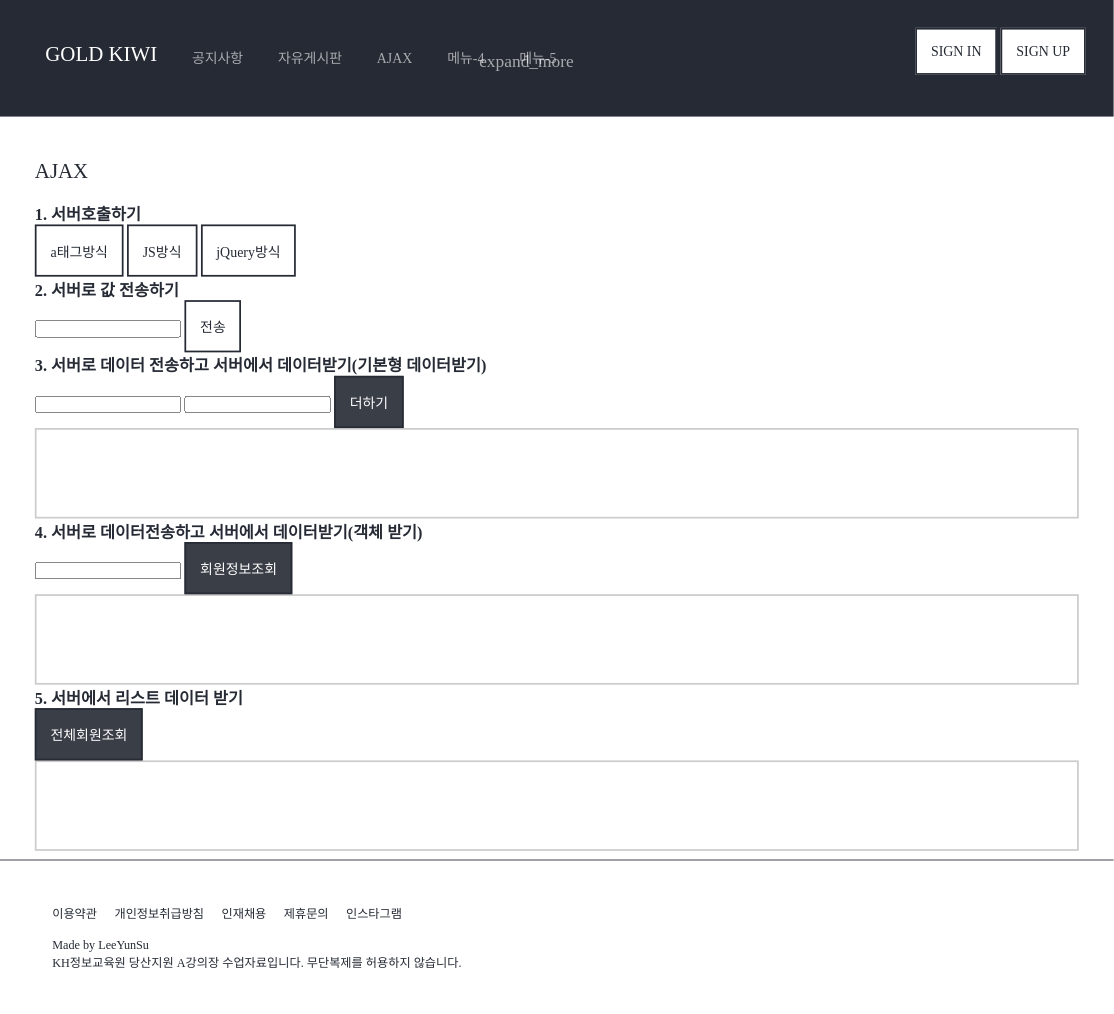
Repository: RiboKim/web-workspace
Page: http://localhost/07_mvc2WebProject/ajax.do
The author's editor kept a copy of each file at every save. The page is drawn from the files as they stood at one save, then again after the next save.
The browser window is 1280 px wide. The pictures show the whole page, at 87% of full size.
Some web fonts or font styles are not loaded; a fallback is used. The page is served by Tomcat 9. Other server files are loaded and not shown.

Above is the page before, as saved 2023-02-21 04:51:57.

### 07_mvc2WebProject/src/main/webapp/WEB-INF/views/etc/ajax.jsp
<%@ page language="java" contentType="text/html; charset=UTF-8"
    pageEncoding="UTF-8"%>
<!DOCTYPE html>
<html>
<head>
<meta charset="UTF-8">
<title>Insert title here</title>
<style>
	.ajaxResult{
		min-height: 100px;
		border : 2px solid #ccc;
	}
</style>
</head>
<body>
	<%@include file="/WEB-INF/views/common/header.jsp" %>
	<div class="page-content">
		<div class="page-title">AJAX</div>
		<h3>1. 서버호출하기</h3>
		<a class="btn bc11" href="/ajaxTest1.do">a태그방식</a>
		<button class="btn bc11" id="js">JS방식</button>
		<button class="btn bc11" id="jQ1">jQuery방식</button>

		<h3>2. 서버로 값 전송하기</h3>
		<input type="text">
		<button class="btn bc11" id="jQ2">전송</button>

		<h3>3. 서버로 데이터 전송하고 서버에서 데이터받기(기본형 데이터받기)</h3>
		<input type="text" id="su1">
		<input type="text" id="su2">
		<button class="btn bc1" id="jQ3">더하기</button>
		<p class="ajaxResult" id="result3"></p>

		<h3>4. 서버로 데이터전송하고 서버에서 데이터받기(객체 받기)</h3>
		<input type="text" id="input4">
		<button class="btn bc1" id="jQ4">회원정보조회</button>
		<p class="ajaxResult" id="result4"></p>

		<h3>5. 서버에서 리스트 데이터 받기</h3>
		<button class="btn bc1" id="jQ5">전체회원조회</button>
		<p class="ajaxResult" id="result5"></p>
	</div>
	<script>
		$("#js").on("click",function(){
			//javascript로 ajax를 이용한 서버호출방식
			//1.XMLHttpRequest객체 생성
			const xhttp = new XMLHttpRequest();
			//2.요청 정보 설정
			//method, url, 비동기여부
			xhttp.open("GET","/ajaxTest1.do",true);
			//3.서버 요청 처리에 따른 동작함수 지정
			xhttp.onreadystatechange = function(){
				if(this.readyState == 4 && this.status == 200){
					//요청이 모두 끝나고 && 정상적인 응답이 돌아온 경우
					console.log("서버 요청 성공!!");
				}else if(this.readyState == 4 && this.status == 404){
					//요청이 모두 끝나고 && 해당 페이지를 찾을 수 없는 경우
					console.log("주소를 찾을 수 없습니다.");
				}
			}
			//4.서버에 요청
			xhttp.send();
		});

		$("#jQ1").on("click",function(){
			$.ajax({
				url : "/ajaxTest1.do",
				type : "GET",
				success : function(){
					console.log("서버 호출 완료!!!!");
				},
				error : function(){
					console.log("에러발생");
				},
				complete : function(){
					console.log("무조건 호출");
				}
			});
		});

		$("#jQ2").on("click",function(){
			const input = $(this).prev();
			const inputValue = input.val();
			$.ajax({
				url : "/ajaxTest2.do",
				type : "get",
				data : {input1 : inputValue}, //input1이 key값이라고 생각하면 됨, 여러개 보내는것도 가능
				success : function(){
					console.log("서버로 데이터 전송 완료");
				},
				error : function(){
					console.log("에러발생");
				}
			});
		});
		$("#jQ3").on("click",function(){
			//input에 입력된 값 2개 가져다가
			// /ajaxTest3.do에 전송후 출력
			const su1 = $("#su1").val();
			const su2 = $(this).prev().val();
			$.ajax({
				url : "ajaxTest3.do",
				type : "post",
				data : {num1 : su1, num2 : su2},
				success : function(data){
					console.log(data, typeof data);
					$("#result3").text(su1+"+"+su2+"="+data);
					console.log("서버요청성공");

				},
				error : function(){
					console.log("서버요청 실패")
				}
			});
		});
		$("#jQ4").on("click",function(){
			const memberId = $("#input4").val();
			const result = $("#result4");
			result.empty();//데이터가 쌓이는걸 막는거 없는 아이디를 쳐도 데이터는 쌓이니까
			$.ajax({
				url : "/ajaxTest4.do",
				type : "get",
				data : {memberId : memberId},
				dataType : "JSON", //Servlet에 안 쓸거면 여기에 쓰면 됨
				success : function(data){
					if(data == null){
						result.append("회원 정보를 조회할 수 없습니다.");
					}else{
						result.append("아이디 : "+data.memberId+"<br>");
						result.append("이름 : "+data.memberName+"<br>");
						result.append("전화번호 : "+data.memberPhone+"<br>");
						result.append("주소 : "+data.memberAddr);
					}
				},
				error : function(){
					console.log("서버요청 실패")
				}
			});
		});
		$("#jQ5").on("click",function(){
			const result = $("#result5");
			result.empty();
			$.ajax({
				url : "/ajaxTest5.do",
				type : "get",
				dataType : "json",
				success : function(data){
					for(let i=0;i<data.length;i++){
						const div=$("<div></div>");
						div.append(data[i].memberId);
						div.append("/");
						div.append(data[i].memberName);
						div.append("/");
						div.append(data[i].memberPhone);
						div.append("/");
						div.append(data[i].memberAddr);
						div.append("/");
						result.append(div);
					}
				}
			})

		})
	</script>
	<%@include file="/WEB-INF/views/common/footer.jsp" %>
</body>
</html>

### 07_mvc2WebProject/src/main/webapp/WEB-INF/views/common/header.jsp
<%@page import="kr.or.iei.member.model.vo.Member"%>
<%@ page language="java" contentType="text/html; charset=UTF-8"
    pageEncoding="UTF-8"%>
    <%
    	Member m = (Member)session.getAttribute("m");
    %>

	<!-- 구글 아이콘 -->
    <link href="https://fonts.googleapis.com/icon?family=Material+Icons" rel="stylesheet">
    <!-- jquery -->
    <script src="/js/jquery-3.6.0.js"></script>
    <!-- 기본 CSS -->
    <link rel="stylesheet" href="/css/default.css" />
    <!-- 기본 js -->
    <script src="/js/default.js"></script>

    <header>
      <div class="site-logo">
        <a href="/">GOLD KIWI</a>
      </div>
      <nav>
        <ul class="navi">
          <li><a href="/noticeList.do?requestPage=1">공지사항</a></li>
          <li><a href="/boardList.do">자유게시판</a></li>
          <li><a href="/ajax.do">AJAX</a></li>
          <li><a href="#">메뉴-4</a></li>
          <li>
			<a href="#">메뉴-5</a>
            <ul class="sub-navi">
              <li><a href="#">sub-1</a></li>
              <li><a href="#">sub-2</a></li>
              <li><a href="#">sub-3</a></li>
            </ul>
           </li>
        </ul>
      </nav>
      <div class="header-link">
      <%if(m == null){ %>
        <button class="btn bc11 modal-open-btn" target="#login-modal">SIGN IN</button>
        <a class="btn bc11" href="/signupFrm.do">SIGN UP</a>
      <%}else{ %>
      <%--<a class="btn bc11" href="/mypage1.do"><%=m.getMemberName() %></a> --%>
      <%--memberId를 mypage2.do로 넘겨주는거 --%>
      <a class="btn bc11" href="/mypage2.do?memberId=<%=m.getMemberId() %>"><%=m.getMemberName() %></a>

      <a class="btn bc11" href="/logout.do">LOGOUT</a>
      <%} %>
      </div>
    </header>
    <%if(m == null) {%>
    <div id="login-modal" class="modal-bg">
      <div class="modal-wrap">
        <div class="modal-head">
          <h2>SIGN IN</h2>
          <span class="material-icons close-icon modal-close">close</span>
        </div>
        <form action="/signin.do" method="post">
        <div class="modal-content">
          <div class="input-box">
          	<label for="signId">아이디</label>
          	<input type="text" name="signId" id="signId" class="input-form" placeholder="아이디입력">
          </div>
          <div class="input-box">
          	<label for="signPw">비밀번호</label>
          	<input type="password" name="signPw" id="signPw" class="input-form" placeholder="비밀번호입력">
          </div>
          <div class="input-box link-box">
          	<a href="#">아이디/비밀번호 찾기</a>
          </div>
        </div>
        <div class="modal-foot">
          <button type="submit" class="btn bc11">로그인</button>
          <button type="button" class="btn bc1 modal-close">취소</button>
        </div>
        </form>
      </div>
    </div>
    <%}%>

### 07_mvc2WebProject/src/main/webapp/WEB-INF/views/common/footer.jsp
<%@ page language="java" contentType="text/html; charset=UTF-8"
    pageEncoding="UTF-8"%>
	<footer>
      <div class="footer-content">
        <ul>
          <li><a href="#">이용약관</a></li>
          <li><a href="#">개인정보취급방침</a></li>
          <li><a href="#">인재채용</a></li>
          <li><a href="#">제휴문의</a></li>
          <li><a href="#">인스타그램</a></li>
        </ul>
        <p>Made by LeeYunSu</p>
        <p>
          KH정보교육원 당산지원 A강의장 수업자료입니다. 무단복제를 허용하지
          않습니다.
        </p>
      </div>
    </footer>

### 07_mvc2WebProject/src/main/java/kr/or/iei/ajax/controller/AjaxServlet.java
package kr.or.iei.ajax.controller;

import java.io.IOException;

import javax.servlet.RequestDispatcher;
import javax.servlet.ServletException;
import javax.servlet.annotation.WebServlet;
import javax.servlet.http.HttpServlet;
import javax.servlet.http.HttpServletRequest;
import javax.servlet.http.HttpServletResponse;

/**
 * Servlet implementation class AjaxServlet
 */
@WebServlet(name = "Ajax", urlPatterns = { "/ajax.do" })
public class AjaxServlet extends HttpServlet {
	private static final long serialVersionUID = 1L;

    /**
     * @see HttpServlet#HttpServlet()
     */
    public AjaxServlet() {
        super();
        // TODO Auto-generated constructor stub
    }

	/**
	 * @see HttpServlet#doGet(HttpServletRequest request, HttpServletResponse response)
	 */
	protected void doGet(HttpServletRequest request, HttpServletResponse response) throws ServletException, IOException {
		//1.인코딩
		request.setCharacterEncoding("utf-8");
		//2.값추출
		//3.비즈니스로직
		//4.결과처리
		RequestDispatcher view = request.getRequestDispatcher("/WEB-INF/views/etc/ajax.jsp");
		view.forward(request, response);
	}

	/**
	 * @see HttpServlet#doPost(HttpServletRequest request, HttpServletResponse response)
	 */
	protected void doPost(HttpServletRequest request, HttpServletResponse response) throws ServletException, IOException {
		// TODO Auto-generated method stub
		doGet(request, response);
	}

}

### 07_mvc2WebProject/src/main/webapp/css/default.css
/* 사용할 font 선언 */
@font-face {
  font-family: ns-thin;
  src: url(../font/NotoSansKR-Thin.otf);
}
@font-face {
  font-family: ns-light;
  src: url(../font/NotoSansKR-Light.otf);
}
@font-face {
  font-family: ns-m;
  src: url(../font/NotoSansKR-Medium.otf);
}
@font-face {
  font-family: ns-bold;
  src: url(../font/NotoSansKR-Bold.otf);
}
@font-face {
  font-family: ns-black;
  src: url(../font/NotoSansKR-Black.otf);
}
/*
    사이트 사용 색상
    balck : #252A34
    darkgray : #393E46
    lightgray : #EEEEEE
    dark-mint : #00ADB5
    mint : #08D9D6
    point-red : #FF2E63
    point-pink : #F85F73
    point-violet : #892CDC
*/
/* 전체태그 기본 margin, padding 제거 */
/* 기본 글씨 색 및 폰트 설정 */

* {
  margin: 0;
  padding: 0;
  color: #252a34;
  font-family: ns-m;
}
body {
  display: flex;
  flex-direction: column;
  min-height: 100vh;
}
/* 기본화면 레이아웃 */
a {
  text-decoration: none;
}
header {
  background-color: #252a34;
  padding: 32px;
  display: flex;
  min-width: 1200px;
}
header > *:not(.header-link) {
  float: left;
}
header > .site-logo {
  padding: 0px 20px;
}
header > .site-logo > a {
  color: #fff;
  font-family: ns-bold;
  font-size: 24px;
  line-height: 60px;
}
header > nav {
  flex-grow: 1;
}

header > nav > .navi {
  list-style-type: none;
}
header > nav > .navi > li {
  float: left;
  position: relative;
}
header > nav > .navi > li > a {
  display: block;
  color: rgba(255, 255, 255, 0.6);
  padding: 5px 20px;
  transition-duration: 0.5s;
  line-height: 60px;
}
header > nav > .navi > li:hover > a,
header > nav > .navi > li:hover > a + span {
  color: rgba(255, 255, 255, 1);
}
header > nav > .navi > li:hover > .sub-navi {
  display : block;
}
header > nav .sub-navi {
  position: absolute;
  background-color: #fff;
  list-style-type: none;
  display: none;
  border: 1px solid rgba(0, 0, 0, 0.2);
  left: 10px;
  min-width: 10rem;
}
header > nav .sub-navi > li {
  padding: 0.25rem 1rem;
}
header > nav .sub-navi > li > a {
  display: block;
}
header > nav .sub-navi > li:hover {
  background-color: rgba(0, 0, 0, 0.05);
}
.material-icons.dropdown {
  font-size: 20px;
  color: rgba(255, 255, 255, 0.6);
  position: absolute;
  right: 0px;
  top: 27px;
  transition-duration: 0.5s;
}
.material-icons.dropdown:hover {
  cursor: pointer;
}
.page-content {
  width: 1200px;
  margin: 30px auto;
  margin-bottom: 10px;
  flex-grow: 1;
}
.page-title {
  font-family: ns-bold;
  padding: 20px 0px;
  font-size: 1.5rem;
}
footer {
  padding: 50px;
  border-top: 1px solid #252a34;
}
footer > .footer-content {
  width: 1200px;
  margin: 0 auto;
  padding: 0px 10px;
}
footer > .footer-content * {
  font-size: 14px;
}
footer > .footer-content > ul {
  list-style-type: none;
  overflow: hidden;
  margin-bottom: 20px;
}
footer > .footer-content > ul > li {
  float: left;
}
footer > .footer-content > ul > li > a {
  padding-right: 20px;
}

/* font 클래스*/
.f-thin {
  font-family: ns-thin;
}
.f-light {
  font-family: ns-light;
}
.f-medium {
  font-family: ns-m;
}
.f-bold {
  font-family: ns-bold;
}
.f-black {
  font-family: ns-black;
}

/* 글씨 색 */
.fc-1 {
  color: #252a34;
}
.fc-2 {
  color: #393e46;
}
.fc-3 {
  color: #eeeeee;
}
.fc-4 {
  color: #00adb5;
}
.fc-5 {
  color: #08d9d6;
}
.fc-6 {
  color: #ff2e63;
}
.fc-7 {
  color: #f85f73;
}
.fc-8 {
  color: #892cdc;
}

/* 배경 색*/
.bg-1 {
  background-color: #252a34;
}
.bg-2 {
  background-color: #393e46;
}
.bg-3 {
  background-color: #eeeeee;
}
.bg-4 {
  background-color: #00adb5;
}
.bg-5 {
  background-color: #08d9d6;
}
.bg-6 {
  background-color: #ff2e63;
}
.bg-7 {
  background-color: #f85f73;
}
.bg-8 {
  background-color: #892cdc;
}

/* 테이블 디자인 */
.tbl {
  width: 100%;
  border-spacing: 0px;
  border-collapse: collapse;
}
.tbl th,
.tbl td {
  padding: 1rem;
  text-align: center;
}
.tbl .tr-1 {
  background-color: rgba(255, 255, 255, 1);
}
.tbl .tr-2 {
  background-color: rgba(57, 62, 70, 0.1);
}
.tbl .tr-3 {
  background-color: rgba(0, 173, 181, 0.1);
}
.tbl .tr-4 {
  background-color: rgba(137, 44, 220, 0.1);
}
.tbl .tr-5 {
  background-color: rgba(255, 46, 999, 0.1);
}
.tbl .td-1 {
  background-color: rgba(255, 255, 255, 1);
}
.tbl .td-2 {
  background-color: rgba(57, 62, 70, 0.1);
}
.tbl .td-3 {
  background-color: rgba(0, 173, 181, 0.1);
}
.tbl .td-4 {
  background-color: rgba(137, 44, 220, 0.1);
}
.tbl .td-5 {
  background-color: rgba(255, 46, 999, 0.1);
}
.tbl.tbl-hover .tr-1:hover {
  background-color: rgba(0, 0, 0, 0.05);
}
.tbl.tbl-hover .tr-2:hover {
  background-color: rgba(57, 62, 70, 0.15);
}
.tbl.tbl-hover .tr-3:hover {
  background-color: rgba(0, 173, 181, 0.15);
}
.tbl.tbl-hover .tr-4:hover {
  background-color: rgba(137, 44, 220, 0.15);
}
.tbl.tbl-hover .tr-5:hover {
  background-color: rgba(255, 46, 999, 0.15);
}

/* 버튼 디자인 */
.btn {
  border: none;
  padding: 1rem;
  display: inline-block;
  box-sizing: border-box;
  transition-duration: 0.5s;
  font-size: 16px;
  font-family: ns-light;
}
.bc1 {
  background-color: rgba(37, 42, 52, 0.9);
  color: #fff;
  border: 2px solid rgba(37, 42, 52, 0.9);
}
.bc1:hover {
  background-color: rgba(37, 42, 52, 1);
  cursor: pointer;
}
.bc2 {
  background-color: rgba(57, 62, 70, 0.9);
  color: #fff;
  border: 2px solid rgba(57, 62, 70, 0.9);
}
.bc2:hover {
  background-color: rgba(57, 62, 70, 1);
  cursor: pointer;
}
.bc3 {
  background-color: rgba(238, 238, 238, 0.9);
  color: #252a34;
  border: 2px solid rgba(238, 238, 238, 0.9);
}
.bc3:hover {
  background-color: rgba(238, 238, 238, 1);
  cursor: pointer;
}
.bc4 {
  background-color: rgba(0, 173, 181, 0.9);
  color: #fff;
  border: 2px solid rgba(0, 173, 181, 0.9);
}
.bc4:hover {
  background-color: rgba(0, 173, 181, 1);
  cursor: pointer;
}
.bc5 {
  background-color: rgba(8, 217, 214, 0.9);
  color: #fff;
  border: 2px solid rgba(8, 217, 214, 0.9);
}
.bc5:hover {
  background-color: rgba(8, 217, 214, 1);
  cursor: pointer;
}
.bc6 {
  background-color: rgba(255, 46, 99, 0.9);
  color: #fff;
  border: 2px solid rgba(255, 46, 99, 0.9);
}
.bc6:hover {
  background-color: rgba(255, 46, 99, 1);
  cursor: pointer;
}
.bc7 {
  background-color: rgba(248, 95, 115, 0.9);
  color: #fff;
  border: 2px solid rgba(248, 95, 115, 0.9);
}
.bc7:hover {
  background-color: rgba(248, 95, 115, 1);
  cursor: pointer;
}
.bc8 {
  background-color: rgba(137, 44, 220, 0.9);
  color: #fff;
  border: 2px solid rgba(137, 44, 220, 0.9);
}
.bc8:hover {
  background-color: rgba(137, 44, 220, 1);
  cursor: pointer;
}
.bc11 {
  color: rgba(37, 42, 52, 1);
  background-color: #fff;
  border: 2px solid rgba(37, 42, 52, 1);
}
.bc11:hover {
  background-color: rgba(37, 42, 52, 1);
  cursor: pointer;
  color: #fff;
}
.bc22 {
  color: rgba(57, 62, 70, 1);
  background-color: #fff;
  border: 2px solid rgba(57, 62, 70, 1);
}
.bc22:hover {
  background-color: rgba(57, 62, 70, 1);
  cursor: pointer;
  color: #fff;
}
.bc33 {
  color: rgba(37, 42, 52, 1);
  background-color: #fff;
  border: 2px solid rgba(238, 238, 238, 1);
}
.bc33:hover {
  background-color: rgba(238, 238, 238, 1);
  cursor: pointer;
  color: rgba(37, 42, 52, 1);
}
.bc44 {
  color: rgba(0, 173, 181, 1);
  background-color: #fff;
  border: 2px solid rgba(0, 173, 181, 1);
}
.bc44:hover {
  background-color: rgba(0, 173, 181, 1);
  color: #fff;
  cursor: pointer;
}
.bc55 {
  color: rgba(8, 217, 214, 1);
  background-color: #fff;
  border: 2px solid rgba(8, 217, 214, 1);
}
.bc55:hover {
  background-color: rgba(8, 217, 214, 1);
  color: #fff;
  cursor: pointer;
}
.bc66 {
  color: rgba(255, 46, 99, 1);
  background-color: #fff;
  border: 2px solid rgba(255, 46, 99, 1);
}
.bc66:hover {
  background-color: rgba(255, 46, 99, 1);
  color: #fff;
  cursor: pointer;
}
.bc77 {
  color: rgba(248, 95, 115, 1);
  background-color: #fff;
  border: 2px solid rgba(248, 95, 115, 1);
}
.bc77:hover {
  background-color: rgba(248, 95, 115, 1);
  color: #fff;
  cursor: pointer;
}
.bc88 {
  color: rgba(137, 44, 220, 1);
  background-color: #fff;
  border: 2px solid rgba(137, 44, 220, 1);
}
.bc88:hover {
  background-color: rgba(137, 44, 220, 1);
  color: #fff;
  cursor: pointer;
}
.bs1 {
  padding: 1rem;
}
.bs2 {
  padding: 1.5rem;
  font-size: 1.1em;
}
.bs3 {
  padding: 2rem;
  font-size: 1.2em;
}
.bs4 {
  width: 100%;
  padding: 2rem;
  font-size: 1.2em;
}
/* input 디자인 */
.input-form {
  width: 100%;
  display: block;
  padding: 0.8rem;
  background-color: #fff;
  outline: none;
  border: 1px solid #ccc;

  box-sizing: border-box;
}
.input-form:focus {
  box-shadow: 0 0 0 0.1rem #eee;
}

textarea.input-form {
  resize: none;
  min-height: 300px;
}
.input-form:read-only:not(select),
.input-form:disabled {
  background-color: #f7f7f9;
}
/* 페이징 디자인 */
.pagination {
  list-style-type: none;
  display: flex;
  justify-content: center;
  align-items: center;
}
.pagination > li {
  width: 40px;
  height: 40px;
  text-align: center;
  line-height: 40px;
  overflow: hidden;
}
.pagination.circle-style > li {
  border-radius: 50%;
}
.pagination > li > a.page-item {
  display: block;
  width: 100%;
  height: 100%;
  font-size: 18px;
}
.pagination > li > a.page-item > span.material-icons {
  display: block;
  width: 100%;
  height: 100%;
  line-height: 40px;
}
.pagination .page-item.active-page {
  background-color: #252a34;
  color: #fff;
}
/*게시물 표현*/
.posting-wrap {
  display: flex;
  flex-wrap: wrap;
}
.posting-wrap .posting-item {
  box-sizing: border-box;
  width: calc(100% / 5);
  padding: 20px;
}
.posting-wrap .posting-item .posting-img img {
  width: 100%;
  height: 200px;
}
.posting-wrap .posting-item .posting-content {
  width: 80%;
  margin: 0 auto;
}
.posting-wrap .posting-item:hover {
  box-shadow: 0 2px 10px 0 rgba(0, 0, 0, 0.2);
}
/* 댓글 */
.posting-comment {
  display: flex;
  border-top: 2px solid #ccc;

  list-style-type: none;
}
.posting-comment > li {
  box-sizing: border-box;
}
.posting-comment > li:first-child {
  width: 15%;
  display: flex;
  justify-content: center;
  align-items: center;
  min-height: 100px;
  border-right: 1px solid #ccc;
}
.posting-comment.reply > li:first-child {
  width: 20%;
}
.posting-comment > li:first-child .material-icons {
  font-size: 80px;
  color: #ccc;
}
.posting-comment.reply > li:first-child .material-icons:first-child {
  font-size: 40px;
  color: #ccc;
}
.posting-comment.reply > li:last-child {
  display: flex;
  flex-direction: column;
  width: 80%;
}
.posting-comment > li:last-child {
  display: flex;
  flex-direction: column;
  width: 85%;
}
.posting-comment > li:last-child > p {
  width: 100%;
  padding: 5px;
  box-sizing: border-box;
}
.posting-comment > li:last-child > .comment-info > span {
  padding: 0px 10px;
}
.posting-comment > li:last-child > .comment-info > span:not(:last-child) {
  border-right: 2px solid #ccc;
}
.posting-comment > li:last-child > .comment-content {
  padding: 0px 15px;
}
.posting-comment > li:last-child > .comment-link {
  text-align: right;
}
.posting-comment > li:last-child > .comment-link > a {
  margin: 0px 5px;
}
.posting-comment > li:last-child > .comment-link > a:hover {
  text-decoration: underline;
}

/*모달*/
.modal-bg {
  background-color: rgba(0, 0, 0, 0.3);
  position: fixed;
  width: 100%;
  height: 100vh;
  display: none;
  align-items: center;
  flex-direction: column;
}
.modal-wrap {
  margin-top: 150px;
  width: 600px;
  background: #fff;
  height: auto;
}
.modal-wrap div {
  padding: 1rem;
}
.modal-wrap div:not(:last-child) {
  border-bottom: 1px solid #ccc;
}
.modal-wrap .modal-foot {
  text-align: right;
}
.modal-wrap div.modal-head {
  position: relative;
}
.close-icon {
  position: absolute;
  top: 16px;
  right: 16px;
  font-size: 30px;
}
.close-icon:hover {
  cursor: pointer;
}

### 07_mvc2WebProject/src/main/webapp/js/default.js
$(function () {
  $(document).on("click", ".modal-open-btn", function () {
    $($(this).attr("target")).css("display", "flex");
  });
  $(document).on("click", ".modal-close", function () {
    $(this).parents(".modal-wrap").parent().css("display", "none");
  });
  $(".sub-navi").prev().after("<span class='material-icons dropdown'>expand_more</span>");
});
function alertFunc(icon){
	swal({
        title: '제목',
        text: '내용내용내용',
        icon: icon
      });
      //이후 페이지 이동 시 추가
      /*
      .then(function(){
    	 window.location = "${loc}";
      });
      */
}

Loaded but not shown: 07_mvc2WebProject/src/main/webapp/js/jquery-3.6.0.js (library)

After the next save:
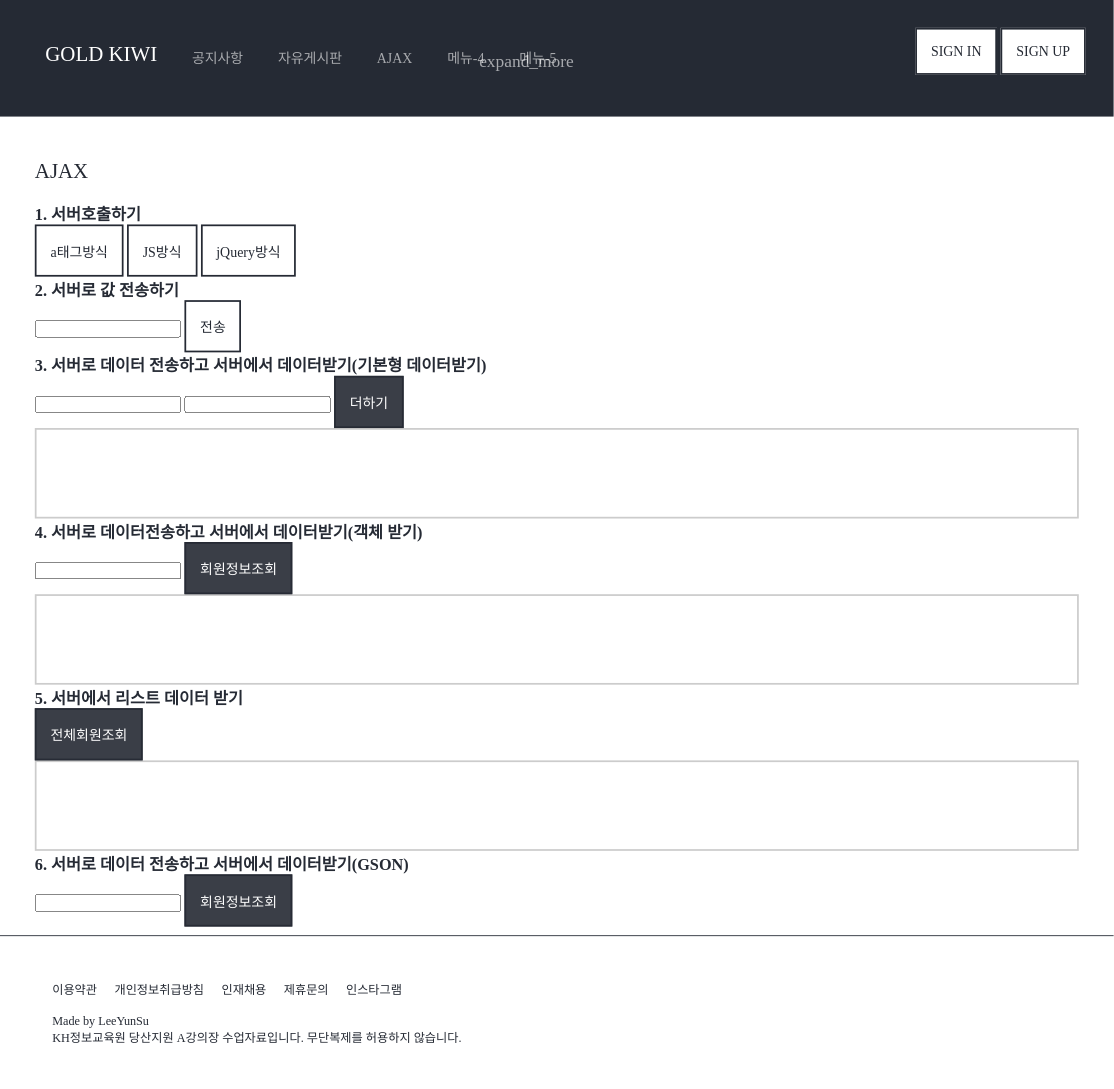
Saved 3 min 45 s later.
--- a/07_mvc2WebProject/src/main/webapp/WEB-INF/views/etc/ajax.jsp
+++ b/07_mvc2WebProject/src/main/webapp/WEB-INF/views/etc/ajax.jsp
@@ -39,6 +39,11 @@
 		<h3>5. 서버에서 리스트 데이터 받기</h3>
 		<button class="btn bc1" id="jQ5">전체회원조회</button>
 		<p class="ajaxResult" id="result5"></p>
+
+		<h3>6. 서버로 데이터 전송하고 서버에서 데이터받기(GSON)</h3>
+		<input type="text" id="input6">
+		<button class="btn bc1" id="jQ6">회원정보조회</button>
+
 	</div>
 	<script>
 		$("#js").on("click",function(){
